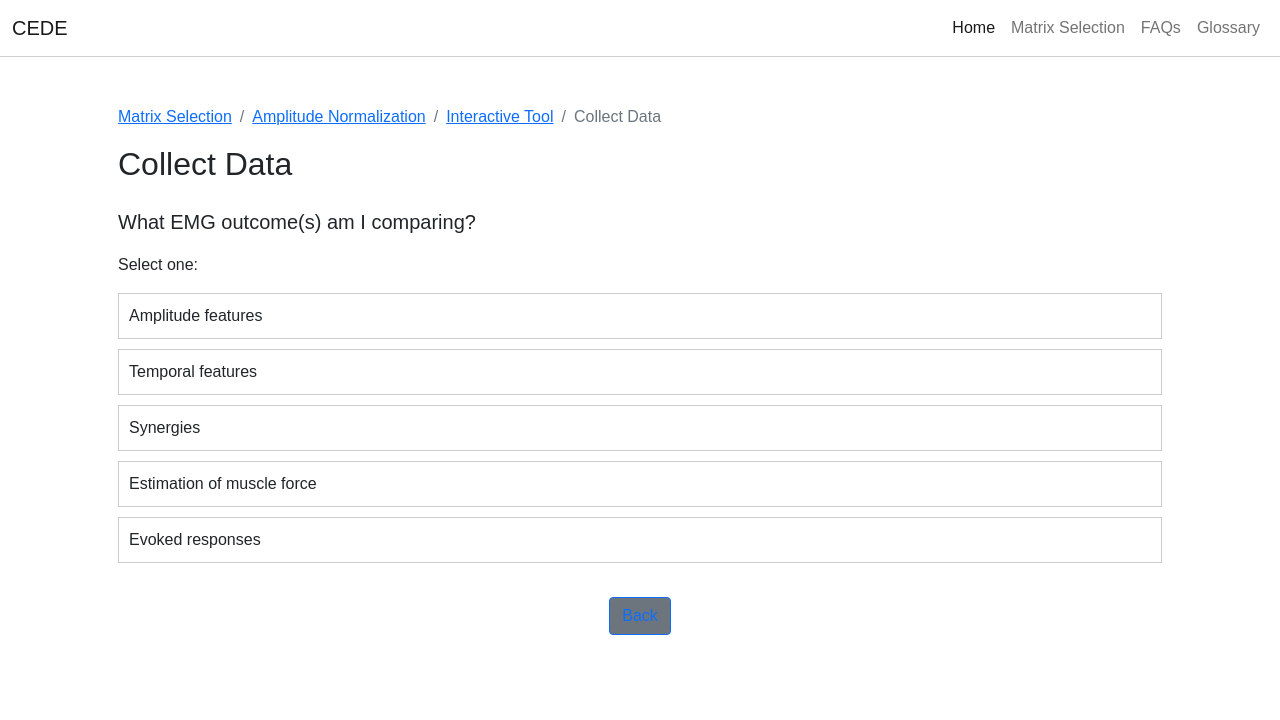
Repository: devashrisamani/CEDE-Website
Page: website/collectdata.html
The author's editor kept a copy of each file at every save. The page is drawn from the files as they stood at one save, then again after the next save.
The browser window is 1280 px wide. The pictures show the whole page.

Above is the page before, as saved 2024-06-19 22:49:55.
Console error: TypeError: Cannot read properties of null (reading 'addEventListener')

### website/collectdata.html
<!DOCTYPE html>
<html lang="en">
  <head>
    <meta charset="UTF-8" />
    <meta name="viewport" content="width=device-width, initial-scale=1.0" />
    <title>Amplitude Normalization - Collect Data</title>
    <link
      href="https://cdn.jsdelivr.net/npm/bootstrap@5.1.3/dist/css/bootstrap.min.css"
      rel="stylesheet"
    />
    <link rel="stylesheet" href="styles1.css" />
  </head>
  <body>
    <!-- Navigation Bar (same as first page) -->
    <nav class="navbar navbar-expand-lg navbar-light bg-white">
      <div class="container-fluid">
        <a class="navbar-brand" href="#">CEDE</a>
        <button
          class="navbar-toggler"
          type="button"
          data-bs-toggle="collapse"
          data-bs-target="#navbarNavAltMarkup"
          aria-controls="navbarNavAltMarkup"
          aria-expanded="false"
          aria-label="Toggle navigation"
        >
          <span class="navbar-toggler-icon"></span>
        </button>
        <div
          class="collapse navbar-collapse justify-content-end"
          id="navbarNavAltMarkup"
        >
          <div class="navbar-nav">
            <a class="nav-link active" href="#">Home</a>
            <a class="nav-link" href="#">Matrix Selection</a>
            <a class="nav-link" href="#">FAQs</a>
            <a class="nav-link" href="#">Glossary</a>
          </div>
        </div>
      </div>
    </nav>

    <!-- Main Content -->
    <div class="container mt-5 px-5">
      <nav aria-label="breadcrumb">
        <ol class="breadcrumb">
          <li class="breadcrumb-item"><a href="#">Matrix Selection</a></li>
          <li class="breadcrumb-item">
            <a href="#">Amplitude Normalization</a>
          </li>
          <li class="breadcrumb-item"><a href="#">Interactive Tool</a></li>
          <li class="breadcrumb-item active" aria-current="page">
            Collect Data
          </li>
        </ol>
      </nav>
      <h2 class="mb-4">Collect Data</h2>
      <p class="lead">What EMG outcome(s) am I comparing?</p>
      <p>Select one:</p>
      <div class="options-container">
        <div class="option" onclick="selectOption('amplitude-features')">
          <span>Amplitude features</span>
        </div>
        <div class="option" onclick="selectOption('temporal-features')">
          <span>Temporal features</span>
        </div>
        <div class="option" onclick="selectOption('synergies')">
          <span>Synergies</span>
        </div>
        <div class="option" onclick="selectOption('muscle-force')">
          <span>Estimation of muscle force</span>
        </div>
        <div class="option" onclick="selectOption('evoked-responses')">
          <span>Evoked responses</span>
        </div>
      </div>
      <div class="text-center mt-4">
        <button
          type="button"
          class="btn btn-outline-primary"
          id="back-button"
          onclick="goBack()"
        >
          Back
        </button>
      </div>
    </div>

    <!-- Scripts -->
    <script src="script.js"></script>
    <script src="https://cdn.jsdelivr.net/npm/bootstrap@5.1.3/dist/js/bootstrap.bundle.min.js"></script>
  </body>
</html>

### website/styles1.css
body {
  font-family: Arial, sans-serif;
  margin: 0;
  padding: 0;
  background-color: white;
}

#wrapper {
  width: 100%;
  text-align: center;
}

/* header {
  background: #f0f0f0;
  padding: 10px 0;
}

#header-content {
  width: 80%;
  margin: auto;
  display: flex;
  justify-content: space-between;
  align-items: center;
} */

.navbar {
  border-bottom: 1px solid #cfcfcf;
}

main {
  padding: 20px;
}

#decision-form {
  background: #fff;
  padding: 20px;
  width: 50%;
  margin: 20px auto;
  border: 1px solid #ccc;
  border-radius: 8px;
}

.option {
  display: flex;
  justify-content: space-between;
  align-items: center;
  border: 1px solid #ccc;
  margin-bottom: 10px;
  padding: 10px;
  cursor: pointer;
}

.option:hover {
  background-color: #f0f0f0;
}

.arrow {
  font-weight: bold;
}

button {
  padding: 10px 20px;
  cursor: pointer;
  border: none;
  background: #007bff;
  color: white;
  border-radius: 5px;
  margin-top: 10px;
}

button#back-button {
  background: #6c757d;
}

button:disabled {
  background: #eee;
  color: #aaa;
  cursor: default;
}

### website/script.js
function selectOption(option) {
  console.log("Option selected:", option);
  // Add logic to handle the selected option, such as updating the page content
}

// page 2

function selectOption(option) {
  console.log("Option selected:", option);
  // Here, you can redirect to another page or load new content based on the option
}

function goBack() {
  window.history.back(); // This will take you to the previous page in the history stack
}

// Decision tree functions
const questions = [
  "Does your experiment involve comparisons between muscles or within muscles?",
  "Does your experiment involve comparisons between sessions or within a session?",
  "Does your experiment involve within-group comparisons or between-groups comparisons?",
  "Can your participants perform MVC?",
];

const responses = [
  ["Between muscles", "Within muscle"],
  ["Between sessions", "Within a session"],
  ["Within-group comparison", "Between-groups comparison"],
  ["Yes", "No"],
];

const decisionTree = {
  "Within muscle": {
    "Within a session": {
      "Within-group comparison": {
        Yes: "Experimental context 1: Amplitude comparison within a person and muscle, between conditions/tasks (within a session). *Without removing electrodes (1.1 - 1.6)",
      },
    },
  },
};

function getRecommendation(responses) {
  let node = decisionTree;
  for (let response of responses) {
    if (node[response]) {
      node = node[response];
    } else {
      return "No recommendation found for the given responses.";
    }
  }
  return node;
}

document.getElementById("get-recommendation").addEventListener("click", () => {
  const userResponses = [
    document.getElementById("q1-select").value,
    document.getElementById("q2-select").value,
    document.getElementById("q3-select").value,
    document.getElementById("q4-select").value,
  ];
  const recommendation = getRecommendation(userResponses);
  document.getElementById("recommendation").innerText = recommendation;
});

// CEDE Collaborations section

function showSection(sectionId) {
  const sections = document.querySelectorAll(".team-section");
  const buttons = document.querySelectorAll(".btn-toggle");
  sections.forEach((section) => {
    section.classList.add("d-none");
  });
  buttons.forEach((button) => {
    button.classList.remove("active");
  });
  document.getElementById(sectionId).classList.remove("d-none");
  document
    .querySelector(`button[onclick="showSection('${sectionId}')"]`)
    .classList.add("active");
}

### website/collectdata.css
body {
  font-family: Arial, sans-serif;
  margin: 0;
  padding: 0;
  background-color: white;
}

.navbar {
  border-bottom: 1px solid #cfcfcf;
  background-color: #ffffff;
}

.breadcrumb {
  background-color: white;
  padding: 0;
  margin-bottom: 20px;
}

.breadcrumb-item a {
  color: #007bff;
  text-decoration: none;
}

.breadcrumb-item a:hover {
  text-decoration: underline;
}

.options-container {
  width: 100%;
  max-width: 600px;
  margin: 0 auto;
}

.option {
  display: flex;
  justify-content: space-between;
  align-items: center;
  border: 1px solid #ccc;
  margin-bottom: 10px;
  padding: 20px;
  cursor: pointer;
  background-color: white;
  border-radius: 8px;
  font-size: 1.25rem;
}

.option:hover {
  background-color: #f0f0f0;
}

.button {
  font-size: 1rem;
  padding: 0.5rem 1rem;
  border-radius: 25px;
  border: 2px solid #007bff;
  background-color: white;
  color: #007bff;
  text-transform: uppercase;
}

#back-button {
  background-color: white;
  color: #007bff;
  border: 2px solid #007bff;
}

#back-button:hover {
  background-color: #007bff;
  color: white;
}

.text-center {
  text-align: center;
}

After the next save:
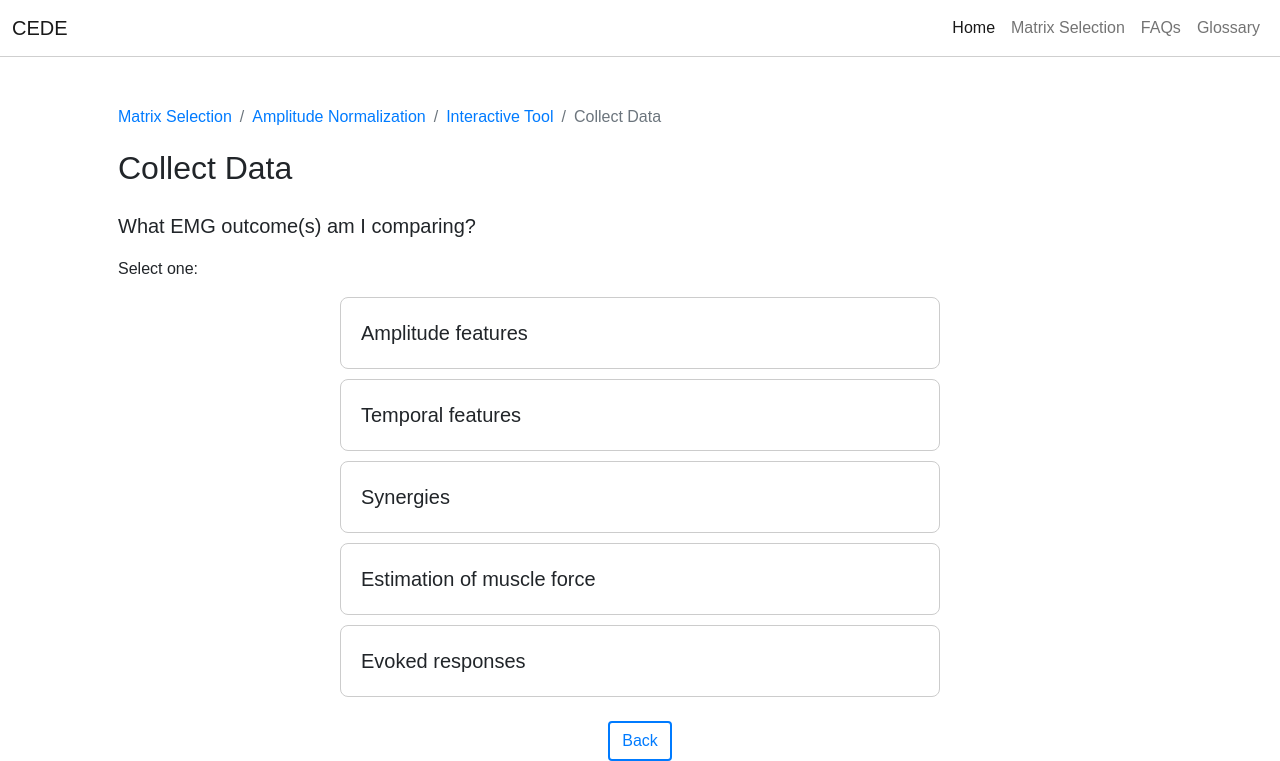
Saved 7 min 14 s later.
--- a/website/collectdata.html
+++ b/website/collectdata.html
@@ -8,7 +8,7 @@
       href="https://cdn.jsdelivr.net/npm/bootstrap@5.1.3/dist/css/bootstrap.min.css"
       rel="stylesheet"
     />
-    <link rel="stylesheet" href="styles1.css" />
+    <link rel="stylesheet" href="collectdata.css" />
   </head>
   <body>
     <!-- Navigation Bar (same as first page) -->
